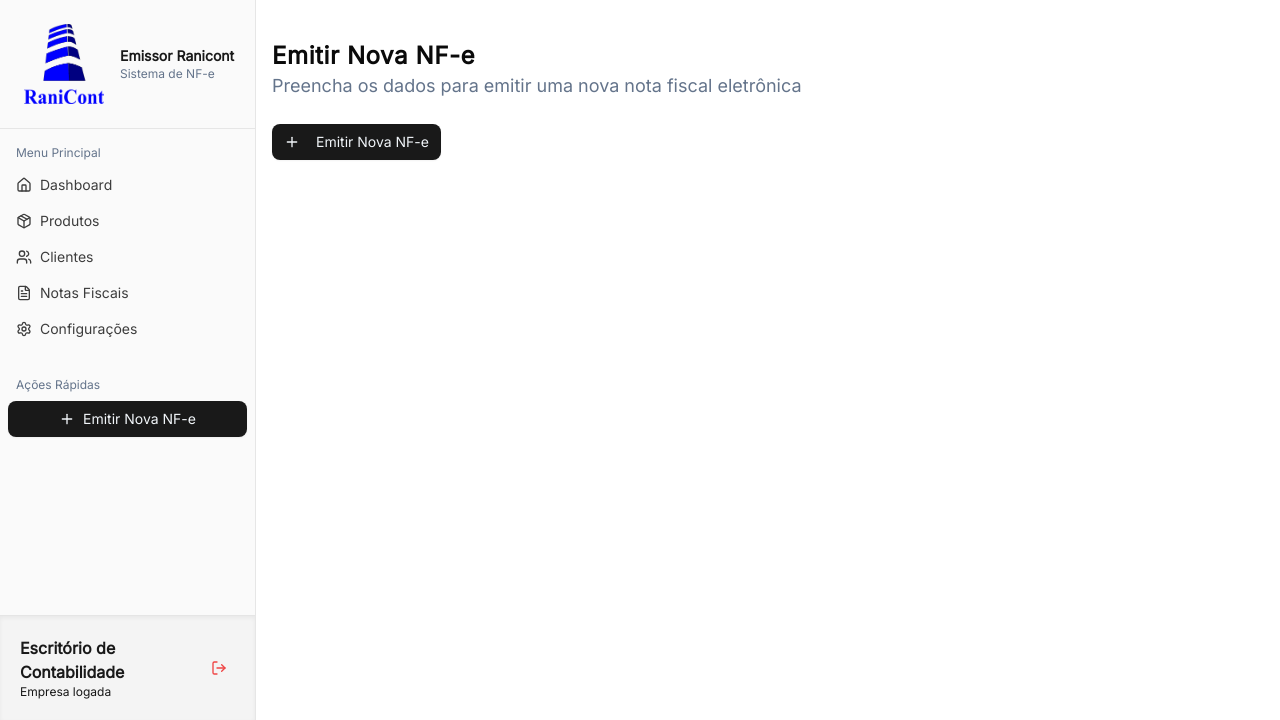
Repository: vinimx/emissor-ranicont
Page: /nova
The author's editor kept a copy of each file at every save. The page is drawn from the files as they stood at one save, then again after the next save.
The browser window is 1280 px wide. The pictures show the whole page.
The project was rebuilt for these pictures with package versions that can differ from the ones it lists, and the page was loaded fresh each time. Also part of the build but not shown: vite.config.js, src/components/ui/card.jsx, src/components/ui/input.jsx, src/components/ui/label.jsx, src/components/Auth/Login/index.jsx, src/components/Auth/Cadastrar/index.jsx, src/components/ui/separator.jsx, src/components/ui/sheet.jsx and 8 more.

Above is the page before, as saved 2025-06-23 22:22:40.

After the next save:
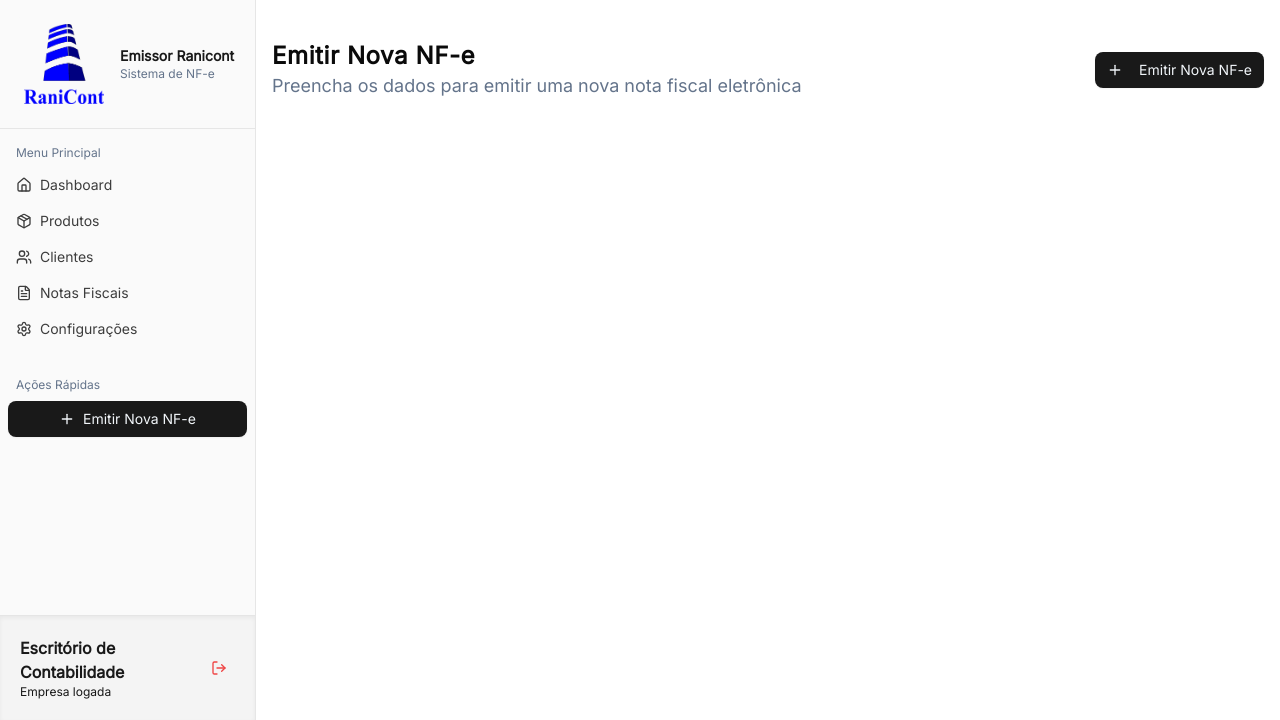
Saved 13 s later.
--- a/src/components/NotaFiscal/NovaNotaFiscal/index.jsx
+++ b/src/components/NotaFiscal/NovaNotaFiscal/index.jsx
@@ -13,16 +13,18 @@ export default function NovaNotaFiscal() {
           <HeaderPagina
             titulo="Emitir Nova NF-e"
             subtitulo="Preencha os dados para emitir uma nova nota fiscal eletrônica"
+            acao={
+              <Button
+                asChild
+                className="bg-[var(--sidebar-primaria)] text-[var(--primaria-texto)] font-medium transition-colors hover:bg-[var(--primaria-hover)] rounded-[var(--raio)]"
+              >
+                <Link to="/nova">
+                  <Plus className="h-4 w-4 mr-2" />
+                  Emitir Nova NF-e
+                </Link>
+              </Button>
+            }
           />
-          <Button
-            asChild
-            className="bg-[var(--sidebar-primaria)] text-[var(--primaria-texto)] font-medium transition-colors hover:bg-[var(--primaria-hover)] rounded-[var(--raio)]"
-          >
-            <Link to="/nova">
-              <Plus className="h-4 w-4 mr-2" />
-              Emitir Nova NF-e
-            </Link>
-          </Button>
         </div>
       </LayoutComSidebar>
     </SidebarProvider>
